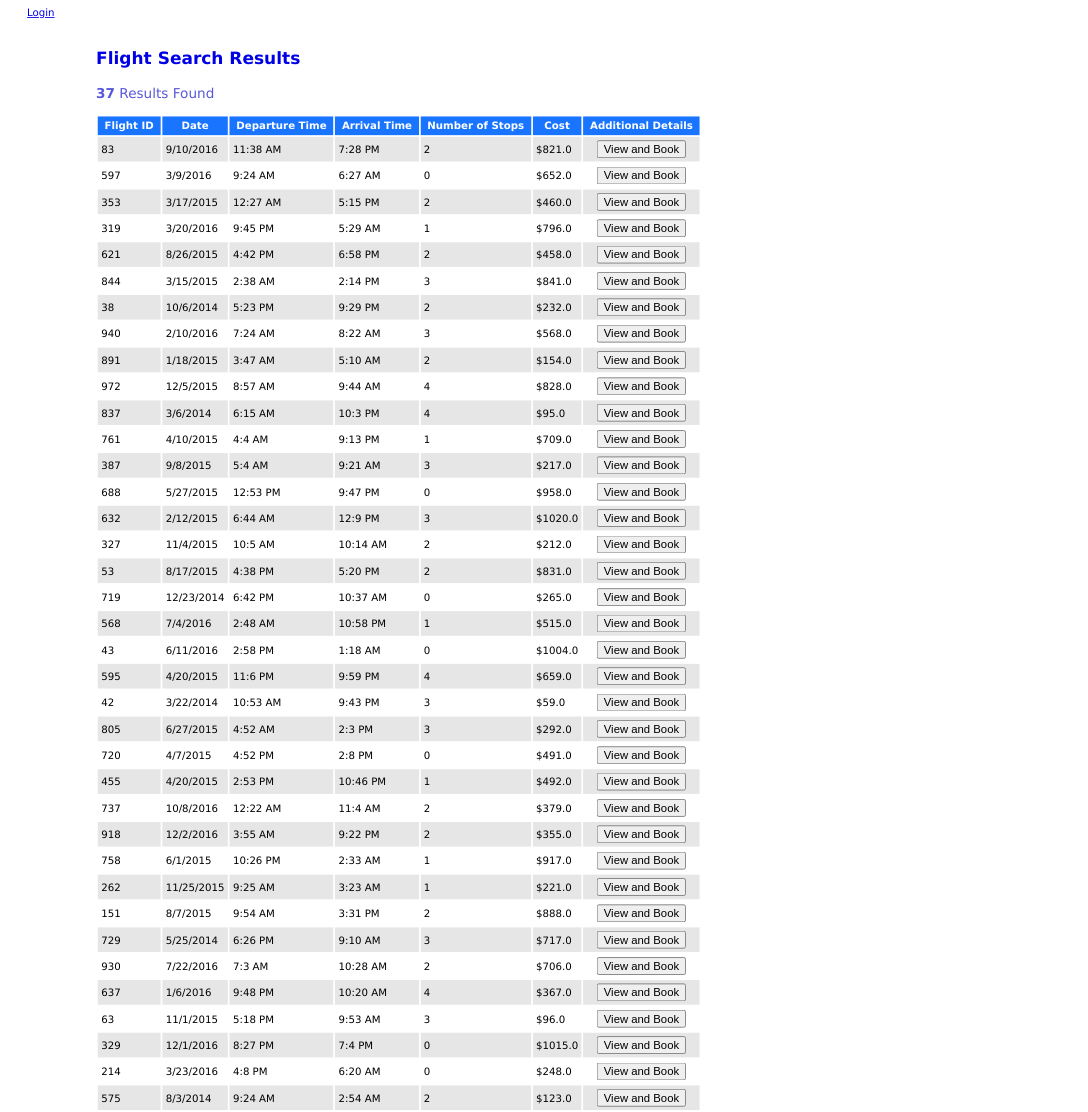
Repository: jliu9000/CSE-464---Flight-Pages
Page: http://localhost/HW1/FlightSearchResults.jsp
The author's editor kept a copy of each file at every save. The page is drawn from the files as they stood at one save, then again after the next save.
The browser window is 1280 px wide. The pictures show the whole page, at 85% of full size.
The page is served by Tomcat 9.

Above is the page before, as saved 2014-09-22 22:17:31.

After the next save:
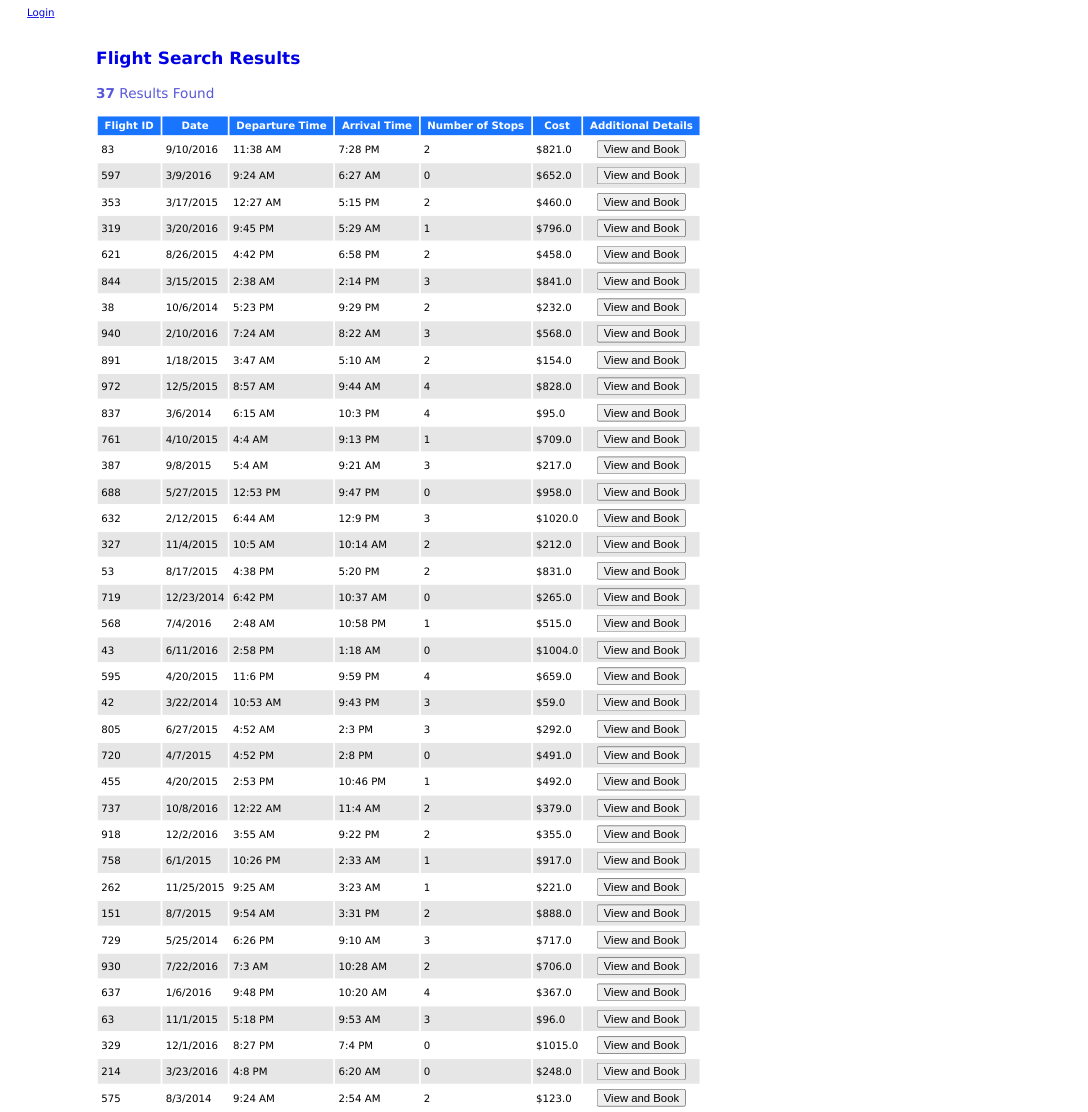
Saved 35 s later.
--- a/HW1/WebContent/FlightSearchResults.jsp
+++ b/HW1/WebContent/FlightSearchResults.jsp
@@ -40,7 +40,7 @@
 
 
 			<%for (int i = 0; i<records.TotalRecords(); i++){%>
-			<tr class='<%= i % 2 == 1 ? "repeat" : "repeatalt" %>'>
+			<tr class='<%= i % 2 == 1 ? "repeatalt" : "repeat" %>'>
 			<%=records.toHTMLTableRow(i) %>
 				<td class="button">
 					<a href="ViewAndBook.jsp"><button>View and Book</button></a>
